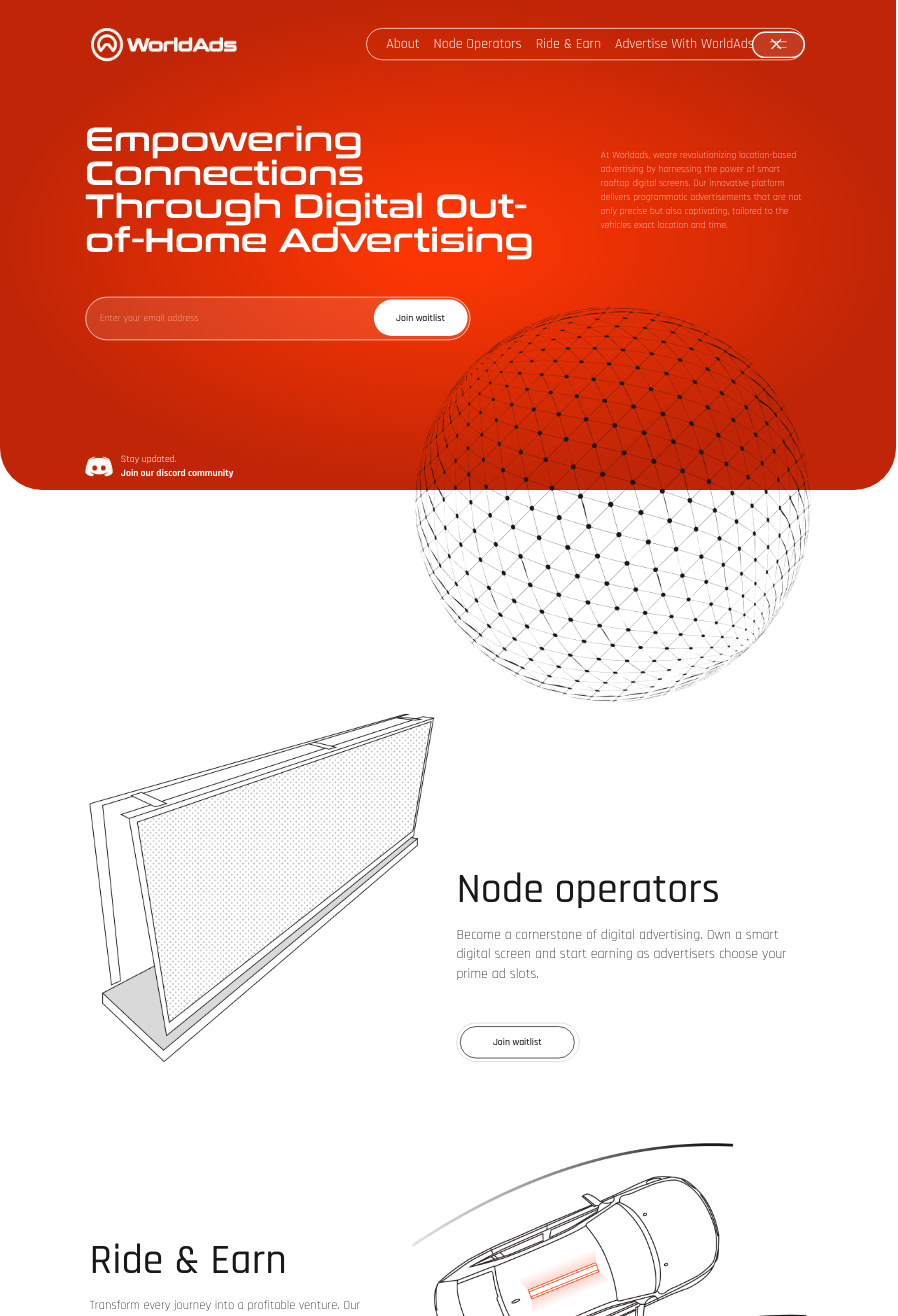
Repository: Abdul-Hannan232/worldAds
Page: /
These files come from the project's save history. The page is drawn as it stood at one moment and after the next save; the edit follows.
The browser window is 1280 px wide. The page is 1283 px wide, so the pictures cover 1283 px, including what lies to the right of the window. The pictures show the part of the page from y = 0 to 1880 px (the page is 3892 px tall), at 70% of full size.
The project was rebuilt for these pictures with package versions that can differ from the ones it lists, and the page was loaded fresh each time. The framework's server and built-in components were replaced by stand-ins that run in the browser. Also part of the build but not shown: next.config.mjs, app/component/NavContent.jsx.

Above is the page before, as saved 2024-05-08 17:59:23.

### app/page.tsx
import Image from "next/image";
import Header from "./component/Header"
import Main from "./component/Main";
import NavContent from "./component/NavContent";
import Advertise from "./component/advertise"
import Footer from "./component/footer"
export default function Home() {
  return (
    <>
      <div>
        <Header />
        <Main />
        <div className="lg:flex w-[80%] mt-80 mx-auto items-end justify-between">
          <div >
            <Image src="/Group 1.png" alt="Image" width={203} height={207} className="lg:w-[493px] lg:h-[497px] lg:mx-0 mx-auto " />
          </div>
          <div className="xl:w-[500px] md:w-[400px] lg:mt-0 mt-10 lg:mx-0 mx-auto">
            <h1 className="xl:text-6xl md:text-5xl text-3xl font-medium lg:text-start text-center text-[#181818]">Node operators</h1>
            <p className="xl:text-xl lg:text-sm text-md font-light lg:w-auto md:w-80  lg:text-sm md:text-md text-xs  lg:mx-0 mx-auto text-[#030303] lg:text-start text-center mt-5">Become a cornerstone of digital advertising. Own a smart digital screen and start earning as advertisers choose your prime ad slots.</p>
            <div className="border border-gray-300 xl:mt-14 mt-10 rounded-full lg:mx-0 mx-auto  xl:w-44 w-36 ">
              <button className="text-center text-sm border xl:p-3 md:p-3 p-2 rounded-full  xl:w-[164px] w-[133px] font-medium m-1 border-[#181818]">Join waitlist</button>
            </div>
          </div>
        </div>
        <div className="flex lg:flex-row flex-col-reverse  w-[80%] mt-20 mx-auto items-end justify-between">
          <div className="xl:w-[410px] md:w-[400px] lg:mt-0 mt-10 lg:mx-0 mx-auto">
            <h1 className="xl:text-6xl md:text-5xl text-3xl font-medium lg:text-start text-center text-[#181818]">Ride & Earn</h1>
            <p className="xl:text-lg lg:w-auto md:w-80  lg:text-sm md:text-md text-xs font-light lg:w-auto  lg:mx-0 mx-auto text-[#030303] lg:text-start text-center mt-5">Transform every journey into a profitable venture. Our Smart Rooftop Digital Screens turn miles into money, making every trip count.</p>
            <div className="border border-gray-300 xl:mt-14 mt-10 rounded-full lg:mx-0 mx-auto  xl:w-44 w-36 ">
              <button className="text-center text-sm border xl:p-3 md:p-3 p-2 rounded-full  xl:w-[164px] w-[133px] font-medium m-1 border-[#181818]">Join waitlist</button>
            </div>
          </div>
          <div >
            <Image src="/GroupCroped.png" alt="Image" width={453} height={357} className="lg:w-[563.48px] lg:h-[450.27px] lg:mx-0 mx-auto " />
          </div>
        </div>
      <Advertise/>
      <Footer/>
      </div>
    </>
  );
}

### app/globals.css
@import url('https://fonts.googleapis.com/css2?family=Exo+2:ital,wght@0,100..900;1,100..900&family=Rajdhani:wght@300;400;500;600;700&display=swap');

@tailwind base;
@tailwind components;
@tailwind utilities;
*{
  font-family: "Rajdhani", sans-serif;
  font-weight: 400;
  font-style: normal;
}
.background{
  background-image: url("/background.png");
  background-position: center;
  background-repeat: no-repeat;
  background-size: cover;

}
:root {
  --foreground-rgb: 0, 0, 0;
  --background-start-rgb: 214, 219, 220;
  --background-end-rgb: 255, 255, 255;
}

@media (prefers-color-scheme: dark) {
  :root {
    --foreground-rgb: 255, 255, 255;
    --background-start-rgb: 0, 0, 0;
    --background-end-rgb: 0, 0, 0;
  }
}

/* body {
  color: rgb(var(--foreground-rgb));
  background: linear-gradient(
      to bottom,
      transparent,
      rgb(var(--background-end-rgb))
    )
    rgb(var(--background-start-rgb));
} */

@layer utilities {
  .text-balance {
    text-wrap: balance;
  }
}

@font-face {
  font-family: 'font1';
  src: url('/assets/fonts/conthrax-sb.otf');
}

.font1{
  font-family: "font1" !important;
}

*{
  box-sizing: border-box !important
}

.gradient-color{
  background: radial-gradient(50% 50% at 50% 50%, #FC3603 11%, #BF2506 100%) !important;

}

### app/component/Header.jsx
"use client"

import React, { useState, useEffect } from 'react';
import NavContent from './NavContent';
import { RxCross2 } from "react-icons/rx";
import Link from "next/link"
const Header = () => {
    const [isDrawerOpen, setIsDrawerOpen] = useState(false);
    const [isHeaderFixed, setIsHeaderFixed] = useState(false);
    const [open, setOpen] = useState(false)
    const handleDrawerToggle = () => {
        setIsDrawerOpen(!isDrawerOpen);
        console.log('Drawer open state:', isDrawerOpen);
    };

    const dropDownOpen = () => {
        setOpen(true)
    }
    const dropDownClose = () => {
        setOpen(false)
    }
    useEffect(() => {
        const handleScroll = () => {
            const scrollPosition = window.scrollY;

            if (scrollPosition > 10) {
                setIsHeaderFixed(true);
            } else {
                setIsHeaderFixed(false);
            }
        };

        window.addEventListener('scroll', handleScroll);

        return () => {
            window.removeEventListener('scroll', handleScroll);
        };
    }, []);

    return (
        <div className={`fixed w-full lg:p-10 py-10 z-40 ${isHeaderFixed ? 'bg-red-600' : 'bg-transparent'}`}>
            <div className={`relative w-[85%] mx-auto flex justify-between items-center bg-transparent`}>
                <img src="./assets/images/logo.png" alt="Logo" className='lg:w-52 lg:h-12 w-36 h-8' />

                <button
                    className=" bg-[#FFFFFF1A] border-2 border-white lg:px-6 lg:py-3 px-3 py-1 hover:border rounded-[100px]"
                    type="button"
                    onClick={handleDrawerToggle}
                >
                    <div className=' absolute top-0 right-0 border border-white rounded-full p-2 '>
                        <ul className='px-5 flex items-center space-x-5 text-xl  text-white justify-between'>
                            <li><Link href="#">About</Link></li>
                            <li><Link href="#">Node Operators</Link></li>
                            <li><Link href="#">Ride & Earn</Link></li>
                            <li><Link href="#">Advertise With WorldAds</Link></li>
                            <li><RxCross2 className='text-2xl font-bold' /></li>
                        </ul>
                    </div>
                    <img src="./assets/images/bars.svg" alt="Menu" className='w-6' />
                </button>
            </div>
        </div>
    );
};

export default Header;

### app/component/Main.jsx
import React from 'react'

const Main = () => {
    return (
        <>
            <div className='gradient-color h-[700px] w-full rounded-b-[60px] lg:pt-40 pt-24 px-5  sm:px-16 pb-14 relative  '>
                <div className="lg:w-[90%] w-[95%] mx-auto">


                    <div className="lg:flex lg:items-center justify-between ">

                        <div className="my-4">
                            <h1 className="lg:text-5xl text-2xl  lg:w-[650px] lg:text-start text-center text-white font1 ">Empowering Connections Through Digital Out-of-Home Advertising</h1>



                        </div>

                        <div className='my-4'>

                            <p className='text-white text-left font-light lg:text-sm text-xs lg:text-start text-center lg:w-[300px]'>At Worldads, weare revolutionizing location-based advertising by harnessing the power of smart rooftop digital screens. Our innovative platform delivers programmatic advertisements that are not only precise but also captivating, tailored to the vehicles exact location and time.</p>
                        </div>
                    </div>

                    <div class="relative lg:w-[550px]  rounded-[100px] mt-10">

                        <input type="text" id="default-search" className="block w-full lg:p-5 p-3  -10 lg:text-sm text-xs text-gray-900 bg-[#FFFFFF1A] border border-white focus:ring-white focus:border-white rounded-[100px] placeholder:text-[#FFFFFF80] " placeholder="Enter your email address" required />
                        <button type="submit" className=" absolute end-1 top-1 font-bold bg-white hover:bg-white-800 focus:ring-4 font-bold focus:outline-none focus:ring-none font-medium rounded-[100px] lg:text-sm text-xs lg:px-8 px-5 lg:py-4 py-2">Join waitlist</button>
                    </div>

                 <div className='relative'>

                    <div className="flex items-center gap-3 lg:mt-40 mt-5 lg:justify-start justify-center ">
                            <img src="./assets/images/discord.png" />
                            <div>
                                <p className="text-white text-sm">Stay updated.</p>
                                <p className="text-white font-bold text-sm">Join our discord community</p>
                            </div>
                        </div>
                        <img src="./assets/images/Vector(Black).png" className="text-white absolute  lg:-top-52 right-0 top-14" />

                    </div>
                </div>
            </div>
        </>
    )
}

export default Main

### app/component/advertise.jsx
import Image from "next/image";

export default  function Advertise (){
    return(
        <>
          <div className="xl:pl-32 2xl:pl-40  lg:flex lg:mt-48 mt-32 w-full background gap-24">
          <div className="-mt-14">
            <Image src="/Group 25.png" alt="image" width={226} height={426}  className="lg:w-[526px] lg:h-[726px] 2xl:w-[650px] 2xl:h-[926px]  lg:mx-0 mx-auto"/>
          </div>
          <div className="lg:w-[60%] w-[90%] lg:mx-0 mx-auto lg:mt-40 mt-10">
            <h1 className="xl:text-6xl text-5xl 2xl:text-8xl lg:text-start text-center font-medium text-[#181818]">Advertise with</h1>
            <h1 className="xl:text-6xl text-5xl 2xl:text-8xl lg:text-start text-center font-medium text-[#FC3603]">WorldAds</h1>
            <p className="xl:text-xl lg:text-lg text-sm 2xl:text-2xl lg:w-[400px] 2xl:w-[600px] mt-4 lg:text-start text-center text-[#030303]">Seize the spotlight in bustling areas with high-traffic visibility. Make your brand the center of attention with</p>
            <div className="flex items-center lg:justify-start justify-center w-full gap-5  mt-10">
              <h1 className="xl:text-4xl lg:text-3xl lg:text-start text-center  text-2xl 2xl:text-6xl xl:w-[70%] lg:w-[60%]  2xl:w-[90%] font-medium text-[#030303]">Precision Targeting</h1>
              <hr className="border w-full lg:block hidden  border-[#FC3603]" />
            </div>
            <p className="lg:text-xl text-sm 2xl:text-2xl lg:w-80 lg:text-start w-40 lg:mx-0 mx-auto text-center mt-5"> Reach your ideal audience at the right time and place.</p>
            <hr className="border lg:border-[#7E7E7E33]  border-[#FC3603] lg:w-80 w-60 lg:mx-0 mx-auto my-5" />
            <div className="flex items-center lg:justify-start justify-center gap-5 w-full mt-10">
              <h1 className="xl:text-4xl lg:text-3xl  text-2xl  2xl:text-6xl font-medium lg:text-start text-center  xl:w-[50%] lg:w-[45%] 2xl:w-[60%] text-[#030303]">Dynamic HD Quality Ads</h1>
              <hr className="border  w-[370px] lg:block hidden 2xl:w-[400px] border-[#FC3603]" />
            </div>
            <p className="lg:text-xl text-sm 2xl:text-2xl lg:w-80 w-52 lg:mx-0 mx-auto  lg:text-start text-center mt-5">Captivate viewers with stunning, crystal-clear advertisements.</p>
            <hr className="border lg:border-[#7E7E7E33]  border-[#FC3603] lg:w-80 w-60 lg:mx-0 mx-auto my-5" />
            <div className="flex items-center lg:justify-start justify-center w-full mt-10">
              <h1 className="xl:text-4xl lg:text-3xl  text-2xl  2xl:text-6xl font-medium lg:text-start text-center  xl:w-[80%] lg:w-[60%] 2xl:w-full text-[#030303]">Scalable Geofenced Campaigns</h1>
              <hr className="border  w-full lg:block hidden border-[#FC3603]" />
            </div>
            <p className="lg:text-xl text-sm 2xl:text-2xl  lg:text-start text-center  w-40 lg:mx-0 mx-auto   lg:w-96 mt-5">  Customize and scale your campaigns with precision.</p>
            <hr className="border lg:border-[#7E7E7E33]  border-[#FC3603] lg:w-80 w-60 lg:mx-0 mx-auto my-5" />
            <div className="border border-gray-300 xl:mt-14 mt-10 rounded-full lg:mx-0 mx-auto  xl:w-44 w-36 ">
              <button className="text-center text-sm border xl:p-3 md:p-3 p-2 rounded-full  xl:w-[164px] w-[133px] font-medium m-1 border-[#181818]">Join waitlist</button>
            </div>
          </div>

        </div>
        </>
    )
}

### app/component/footer.jsx
import Image from "next/image"
export default function Footer() {
    return (
        <div className="bg-[#181818] ] w-full mt-20 lg:py-12 pt-12 lg:p-4">
            <div className="lg:w-[80%] w-[90%] lg:flex items-center justify-between mx-auto py-12" >
                <div>
                    <h1 className="lg:text-5xl text-3xl  lg:w-[500px] w-[250px] lg:mx-0 mx-auto font-medium lg:text-start text-center text-white">Innovating Digital Advertising</h1>
                </div>
                <div className="lg:flex text-white lg:mt-0 mt-10 items-center gap-10">
                    <div>
                        <ul className="text-lg lg:text-start text-center space-y-3">
                            <li>Blog</li>
                            <li>Contact Us</li>
                        </ul>
                    </div>
                    <div>
                        <ul className="text-lg lg:mt-0 mt-3 lg:text-start text-center space-y-3">
                            <li>Privacy Policy</li>
                            <li>Terms Of Service</li>
                        </ul>
                    </div>
                </div>
            </div>
            <div className="text-white relative mx-auto mt-5 lg:w-[80%]">
                <div className="flex items-center gap-1 w-40 lg:w-[80%] lg:mx-0 mx-auto">
                    <Image src="/Group.png" alt="logo" width={37.49} height={37.49}  className="lo "/>
                    <h1 className="text-2xl font-meidum">WorldsAds</h1>
                </div>
                <div className="flex items-center lg:justify-start w-[90%] lg:mx-0 mx-auto lg:w-[80%] justify-center mt-5 gap-10">
                    <p className="lg:text-sm text-[12px] lg:text-start text-center  font-light ">©2024 WorldAds Tech DAO LLC. All Right Reserved </p>
                    <hr className="border lg:block hidden border-[#707070] w-96" />
                </div>
                <Image src="/FooterImage.png" alt="vector" width={231.11} height={231.11} className="absolute lg:-top-16 lg:block hidden z-20 lg:-right-36 "/>
                <Image src="/FooterImage (1).png" alt="vector" width={551.11} height={451.11} className=" lg:hidden block mt-10 "/>

            </div>
        </div>
    )
}

Loaded but not shown: app/layout.tsx (common file); tailwind.config.ts (common file)

After the next save:
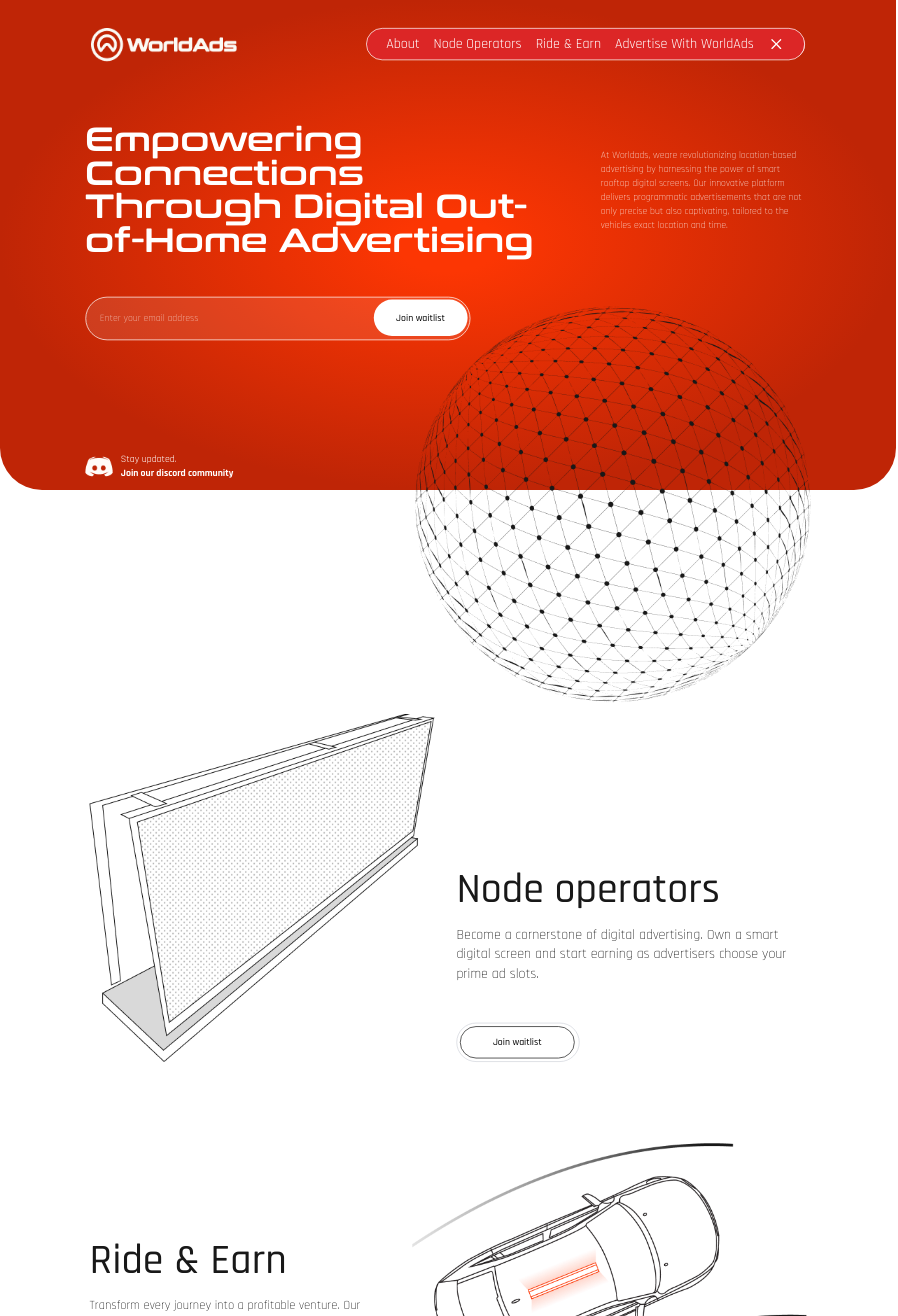
Saved 41 s later.
--- a/app/component/Header.jsx
+++ b/app/component/Header.jsx
@@ -47,7 +47,7 @@
                     type="button"
                     onClick={handleDrawerToggle}
                 >
-                    <div className=' absolute top-0 right-0 border border-white rounded-full p-2 '>
+                    <div className=' absolute top-0 right-0 border bg-red-600 border-white rounded-full p-2 '>
                         <ul className='px-5 flex items-center space-x-5 text-xl  text-white justify-between'>
                             <li><Link href="#">About</Link></li>
                             <li><Link href="#">Node Operators</Link></li>
